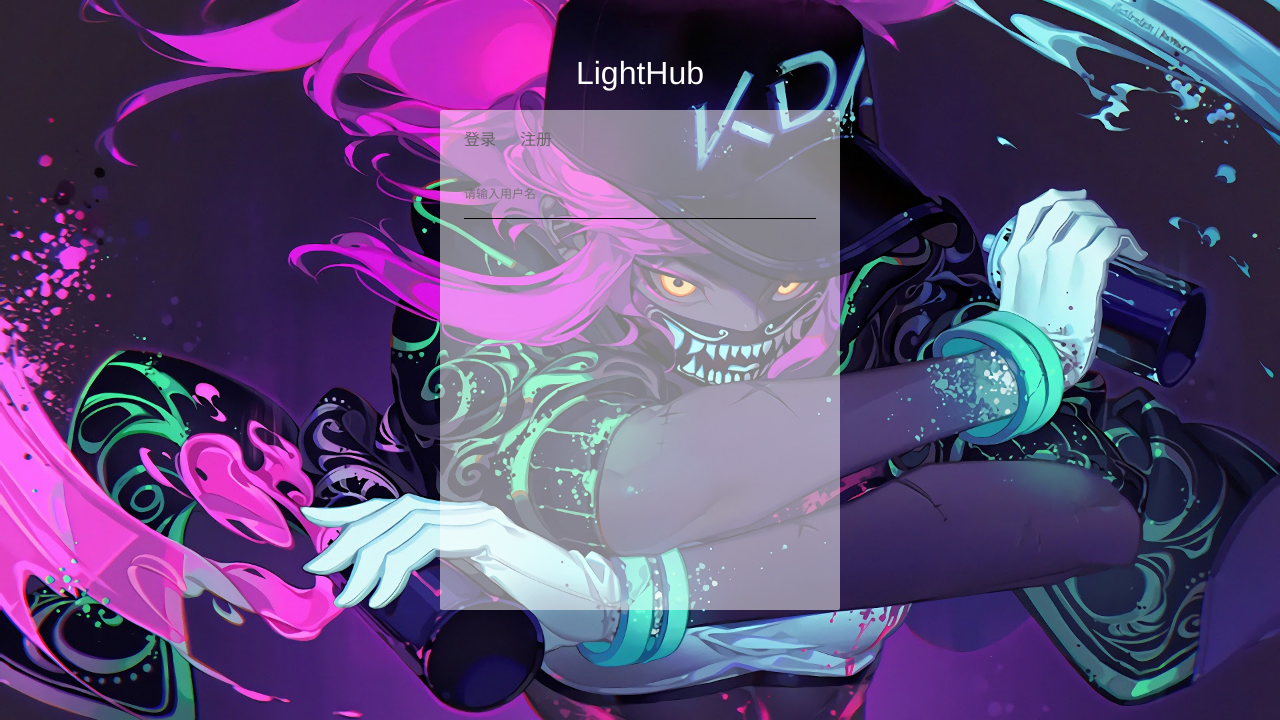
Repository: Martinell1/LightHub
Page: /login (app in LightHub/)
An editor plug-in stored every save of this project. The page is shown before and after the next save, followed by the edit.
The browser window is 1280 px wide. The pictures show the whole page.
The project was rebuilt for these pictures with package versions that can differ from the ones it lists, and the page was loaded fresh each time. Also part of the build but not shown: LightHub/vite.config.ts.

Above is the page before, as saved 2021-11-21 00:15:49.

After the next save:
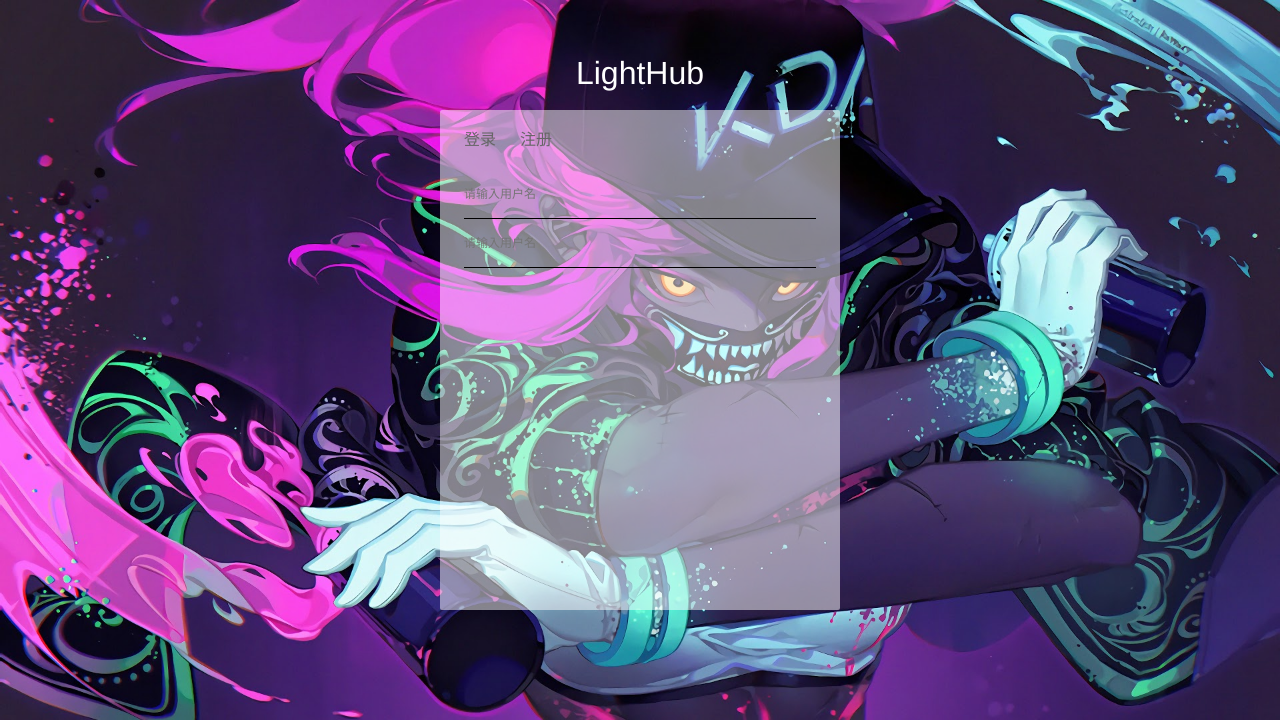
Saved 109 s later.
--- a/LightHub/src/views/Login.vue
+++ b/LightHub/src/views/Login.vue
@@ -9,6 +9,9 @@
         <div class="login-tab word-btn">注册</div>
       </div>
       <div class="login-form">
+        <div class="login-form-item">
+          <input class="input" placeholder="请输入用户名" />
+        </div>
         <div class="login-form-item">
           <input class="input" placeholder="请输入用户名" />
         </div>
